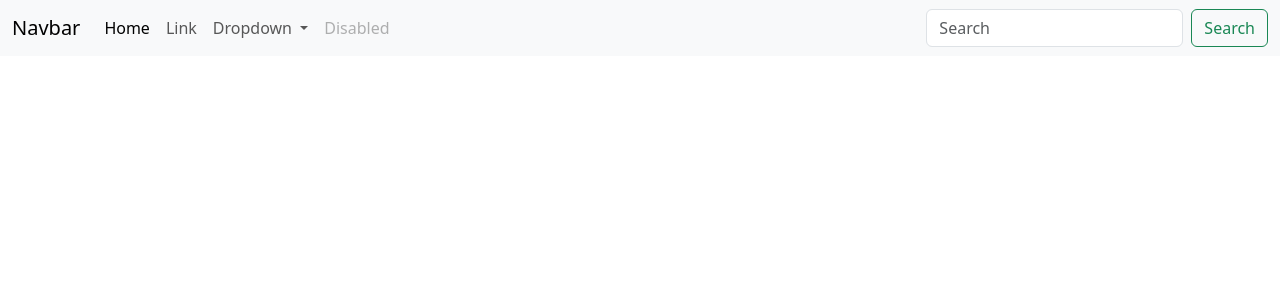
Repository: gitDominusoft/NewProject
Page: index.html
These files come from the project's save history. The page is drawn as it stood at one moment and after the next save; the edit follows.
The browser window is 1280 px wide. The pictures show the whole page.

Above is the page before, as saved 2024-12-09 14:46:43.

After the next save:
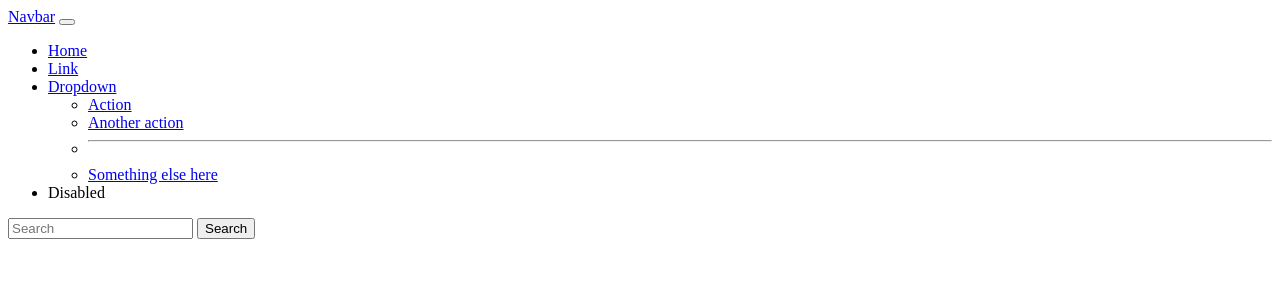
Saved 23 s later.
--- a/index.html
+++ b/index.html
@@ -6,7 +6,7 @@
     <meta name="viewport" content="width=device-width, initial-scale=1.0">
     <title>Document</title>
     <!-- CSS bootstrap -->
-    <link rel="stylesheet" href="css/bootstrap.min.css">
+    <!-- <link rel="stylesheet" href="css/bootstrap.min.css"> -->
     <!-- CSS  -->
     <link rel="stylesheet" href="css/style.css">
 </head>

After the save that followed:
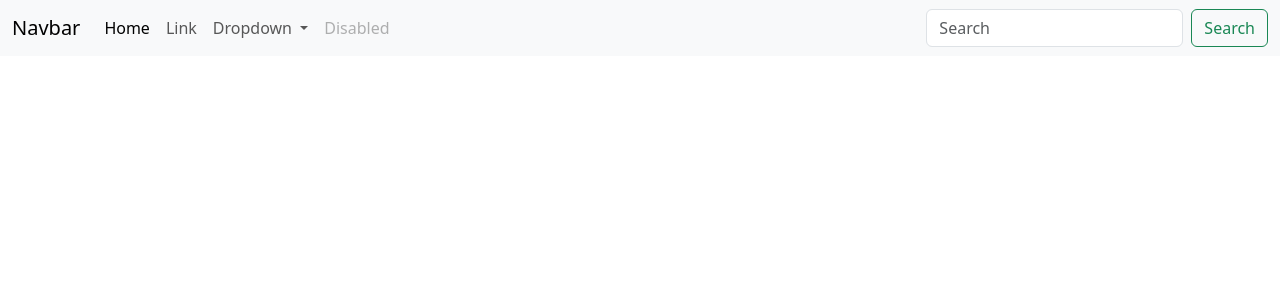
Saved 12 s later.
--- a/index.html
+++ b/index.html
@@ -6,7 +6,7 @@
     <meta name="viewport" content="width=device-width, initial-scale=1.0">
     <title>Document</title>
     <!-- CSS bootstrap -->
-    <!-- <link rel="stylesheet" href="css/bootstrap.min.css"> -->
+    <link rel="stylesheet" href="css/bootstrap.min.css">
     <!-- CSS  -->
     <link rel="stylesheet" href="css/style.css">
 </head>
